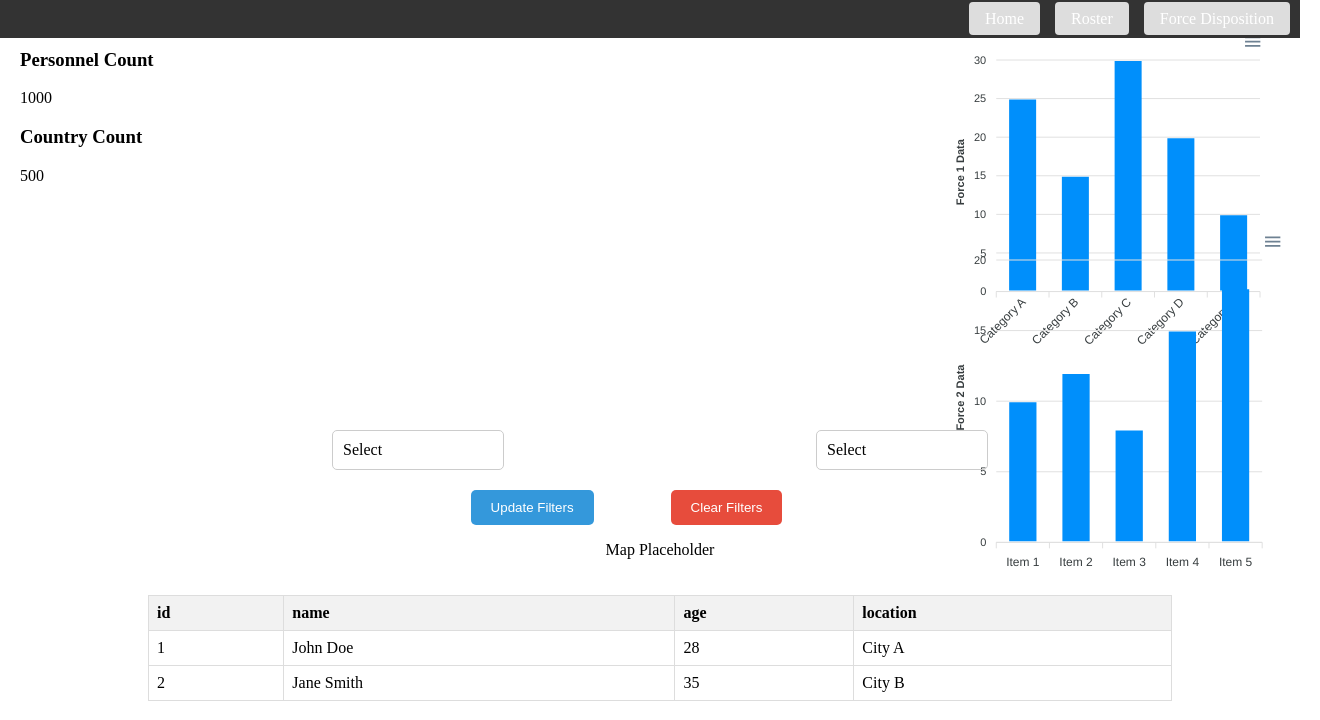
Repository: mjquesada/j2x_react
Page: /force
These files come from the project's save history. The page is drawn as it stood at one moment and after the next save; the edit follows.
The browser window is 1280 px wide. The page is 1320 px wide, so the pictures cover 1320 px, including what lies to the right of the window. The pictures show the whole page.
The project was rebuilt for these pictures with package versions that can differ from the ones it lists, and the page was loaded fresh each time. Also part of the build but not shown: src/components/Box.js, src/components/Tile.js, src/components/Home.jsx, src/components/Roster.jsx.

Above is the page before, as saved 2024-03-12 13:12:01.

After the next save:
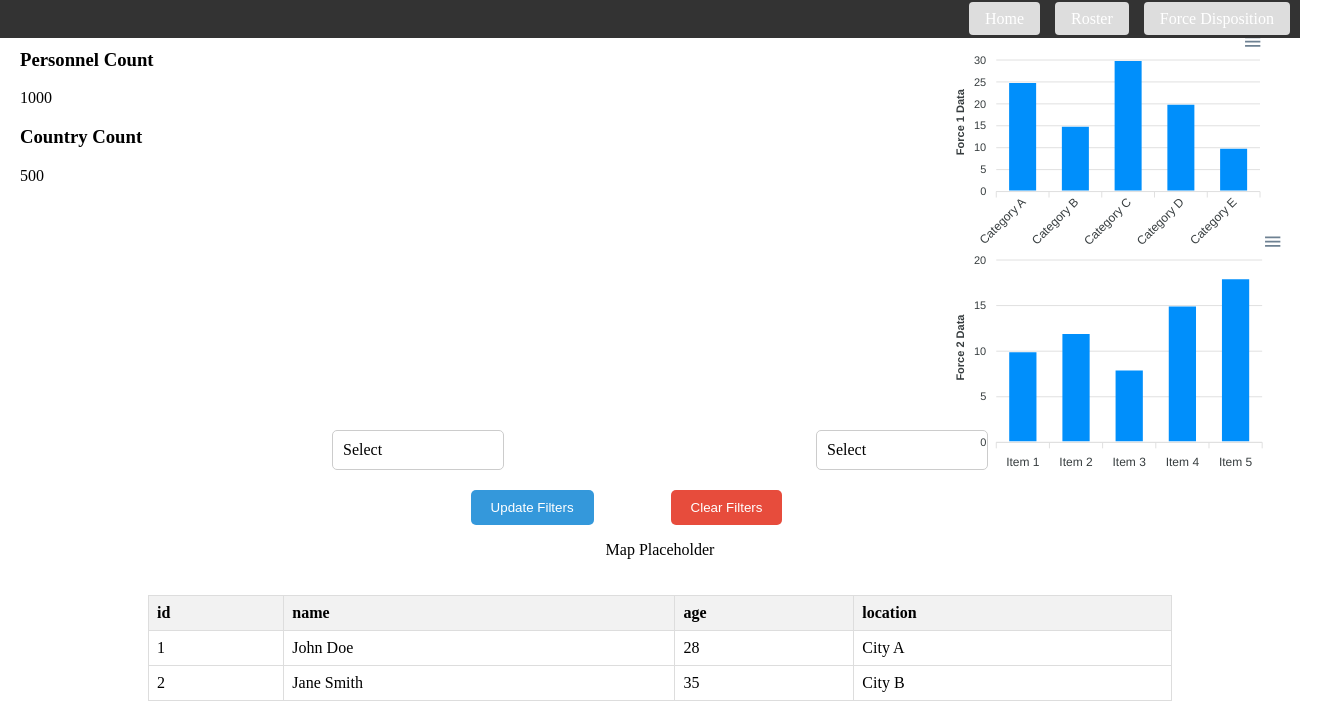
Saved 27 s later.
--- a/src/components/BarChart.js
+++ b/src/components/BarChart.js
@@ -8,7 +8,7 @@ const BarChart = ({ series, options }) => {
         options={options}
         series={series}
         type="bar"
-        height={350}
+        height={250}
       />
     </div>
   );
